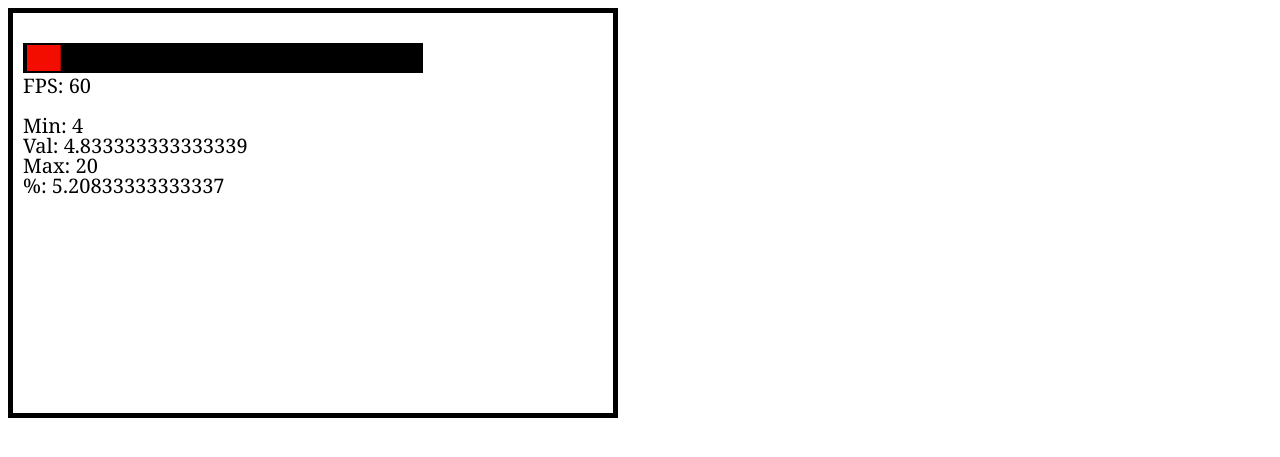
Repository: WebRTCGame/game-timer
Page: rangedvalue.html
The author's editor kept a record of every edit. The page is drawn from the files as they stood at one moment, then again after the next edit.
The browser window is 1280 px wide. The pictures show the whole page.

Above is the page before.

### rangedvalue.html
<!DOCTYPE html>
<html>

<head>
    <meta http-equiv="content-type" content="text/html; charset=UTF-8">
    <title>Game Timer Demo</title>

    <script type='text/javascript' src='./rangedvalue.js'></script>


    <style type='text/css'>
        #fun {
            border-style: solid;
            border-width: 5px;
        }
    </style>
</head>

<body>
    <canvas id="fun" height="400px" width="600px"></canvas>


    <script type="text/javascript">
        var c = document.getElementById("fun");
        c.width = 600;
        c.height = 400;

        var ctx = c.getContext("2d");
        ctx.imageSmoothingEnabled = false;
        ctx.font = "20px Georgia";
        ctx.fillStyle = 'rgba(0,0,0,1)';

        var tC = {
            lastframe: 0,
            fpstime: 0,
            framecount: 0,
            fps: 0
        };
        tC.updateFps = function(dt) {
            if (this.fpstime > 0.25) {
                this.fps = Math.round(this.framecount / this.fpstime);
                this.fpstime = 0;
                this.framecount = 0;
            }
            this.fpstime += dt;
            this.framecount++;
        };
        tC.getDT = function(tframe) {
            var dt = (tframe - this.lastframe) / 1000;
            this.lastframe = tframe;
            this.updateFps(dt);
            return dt;
        };
        window.onload = function() {
            var val = new range(3, 2, 10);
            /*
                        console.log("--------------");
                        console.log("----Test 1----");
                        console.log(JSON.stringify(val));
                        console.log("--------------");
                        console.log("----Test 2----");
                        val.percentage = 50;
                        console.log(JSON.stringify(val));
                        console.log("--------------");
                        console.log("----Test 3----");
                        val.addPercent(-10);
                        console.log(JSON.stringify(val));
                        val.max += 1;
                        val.addPercent(20).max += 1;
                        console.log(JSON.stringify(val));
                        console.log("--------------");
                        console.log("----Test 4----");
                        val.maxHitCallback = function() {
                            console.log("**************** max hit");
                        };
                        val.current += 10;
                        console.log(JSON.stringify(val));
                        val.current -= 20;
                        console.log(JSON.stringify(val));
                        console.log("--------------");
                        console.log("----Test 5----");
                        val.current = 5;
                        val.maxHitCallback = {};
                        val.maxHitCallback = [];
                        val.maxHitCallback = null;
                        val.maxHitCallback = "one";
                        val.maximize();
                        console.log(JSON.stringify(val));
                        val.shift(-4);
                        console.log(JSON.stringify(val));
                        console.log("--------------");
                        console.log("----Test 6----");
                        val.addPercent(200);
                        console.log(JSON.stringify(val));
                        val.addPercent(-300);
                        console.log(JSON.stringify(val));
            */
            val.setValues(6, 4, 20);
            val.percentage = 50;
            var countUp = true;
            val.minHitCallback = function() {
                countUp = !countUp;
            };
            val.maxHitCallback = function() {
                countUp = !countUp;
            };




            function update(tframe) {
                var dt = tC.getDT(tframe);


                if (countUp) {
                    val.current += 5 * dt;
                }
                else {
                    val.current -= 5 * dt;
                }
            }

            function animate(tframe) {

                requestAnimationFrame(animate);

                /*update logic*/
                update(tframe);

                /*render game*/
                render();

            }

            var toClear = true;

            function render() {
                toClear & ctx.clearRect(0, 0, c.width, c.height);


                ctx.save();


                ctx.save();
                ctx.fillRect(10, 30, 400, 30);

                ctx.fillStyle = 'rgba(' + (255 - val.getPercColor()) + ',' + val.getPercColor() + ',0,1)';

                ctx.fillRect(14, 32, val.copyPercent(14, 392), 26);


                ctx.restore();




                ctx.fillText("FPS: " + tC.fps, 10, 80);

                ctx.fillText("Min: " + val.min, 10, 120);
                ctx.fillText("Val: " + val.current, 10, 140);
                ctx.fillText("Max: " + val.max, 10, 160);
                ctx.fillText("%: " + val.percentage, 10, 180);
                ctx.restore();



                toClear = !toClear;
            };
            animate(0);
        };
    </script>

</body>


</html>

### rangedvalue.js
   const range = function range(icurrent, imin, imax, iminHitCallback, imaxHitCallback) {
       'use strict';
       let _minHitCallback,
           _maxHitCallback,
           _current,
           _min,
           _max;

       Object.defineProperties(this, {
           minHitCallback: {
               get: function() {
                   return _minHitCallback;
               },
               set: function(value) {
                   value !== _minHitCallback && ('function' === typeof value) && (_minHitCallback = value);
               },
               enumerable: true,
               configurable: false
           },
           maxHitCallback: {
               get: function() {
                   return _maxHitCallback;
               },
               set: function(value) {
                   value !== _maxHitCallback && ('function' === typeof value) && (_maxHitCallback = value);
               },
               enumerable: true,
               configurable: false
           },
           current: {
               get: function() {
                   return _current;
               },
               set: function(value) {
                   if (value !== _current && ('number' === typeof value)) {
                       _current = this.clamp(value, _min, _max);
                       _current === this.max && this.maxHitCallback();
                       _current === this.min && this.minHitCallback();
                   }
               },
               enumerable: true,
               configurable: false
           },
           min: {
               get: function() {
                   return _min;
               },
               set: function(value) {
                   if (value !== _min && ('number' === typeof value)) {
                       if (value >= this.max) {
                           value = this.max;
                           this.current = value;
                       }
                       if (value >= this.current) {
                           this.current = value;
                       }
                       _min = value;
                   }
               },
               enumerable: true,
               configurable: false
           },
           max: {
               get: function() {
                   return _max;
               },
               set: function(value) {
                   if (value !== _max && ('number' === typeof value)) {
                       if (value <= this.min) {
                           this.min = value;
                           this.current = value;
                       }
                       if (value <= this.current) {
                           this.current = value;
                       }
                       _max = value;
                   }
               },
               enumerable: true,
               configurable: false
           },
           percentage: {
               get: function() {
                   return ((this.current - this.min) / (this.max - this.min)) * 100;
               },
               set: function(value) {
                   if ('number' === typeof value) {
                       this.current = ((this.clamp(value, 0, 100) / 100) * (this.max - this.min)) + this.min;
                   }
               },
               enumerable: true,
               configurable: false
           }
       });
       Object.assign(this, {
           minHitCallback: arguments[3] || (function() {})
       }, {
           maxHitCallback: arguments[4] || (function() {})
       }, {
           max: arguments[2] || 0
       }, {
           min: arguments[1] || 0
       }, {
           current: arguments[0] || 0
       });

       return this;
   };
   range.prototype = {
       toArray: function() {
           return [this.current, this.min, this.max];
       },
       fromArray: function(arrayVal) {
           this.setValues(arrayVal[0], arrayVal[1], arrayVal[2]);
           return this;
       },
       /*test:function(){},*/
       setValues: function(icurrent, imin, imax) {
           this.max = imax;
           this.current = icurrent;
           this.min = imin;
           return this;
       },
       applyFnc: function(func) {
           ('function' === typeof func) && func(this);
           return this;
       },
       shift: function(value) {
           0 !== value && ('number' === typeof value) && (0 < value ? (this.max += value, this.current += value, this.min += value) : (this.min += value, this.current += value, this.max += value));
           return this;
       },
       /*Fix me*/
       shiftByPercent: function(value) {
           const num = ((this.clamp(value, 0, 100) / 100) * (this.max - this.min)) + this.min;
           this.max += num;
           this.current += num;
           this.min += num;
           return this;
       },
       rangeLength: function() {
           return this.max - this.min;
       },
       addPercent: function(value) {
           if (0 !== value && ('number' === typeof value)) {
               const perc = this.clamp(Math.abs(value), 0, 100);
               this.percentage = 0 < value ? this.percentage + perc : this.percentage - perc;
           }
           return this;
       },
       getUnboundPercent: function(value) {
           if ('number' === typeof value) {
               if (value === 0) {
                   return this.min;
               }
               return ((value / 100) * (this.max - this.min)) + this.min;
           }
       },
       addUnboundPercent: function(value) {
           this.current += this.getUnboundPercent(value);
           return this;
       },
       setMinMaintain: function(value) {
           const perc = this.percentage;
           this.min = value;
           this.percentage = perc;
           return this;
       },
       setMaxMaintain: function(value) {
           const perc = this.percentage;
           this.max = value;
           this.percentage = perc;
           return this;
       },
       maximize: function() {
           this.percentage = 100;
           return this;
       },
       minimize: function() {
           this.percentage = 0;
           return this;
       },
       clamp: function(x, a, b) {
           return Math.min(Math.max(x, a), b);
       },
       copyPercent: function(newMin, newMax) {
           return ((this.clamp(this.percentage, 0, 100) / 100) * (newMax - newMin)) + newMin;
       },
       getPercColor: function() {
           return ~~this.copyPercent(0, 255);
       }
   };


   class es6range {

       constructor(icurrent, imin, imax, iminHitCallback, imaxHitCallback) {
           this._minHitCallback = iminHitCallback;
           this._maxHitCallback = imaxHitCallback;
           this._current = icurrent;
           this._min = imin;
           this._max = imax;
       }

       get prop() {
           return 'getter';
       }
       set prop(value) {
           console.log('setter: ' + value + " " + this.something);
       }
   }

   let r = new range(1, 2, 3);
   r.prop = 5;

After the next edit:
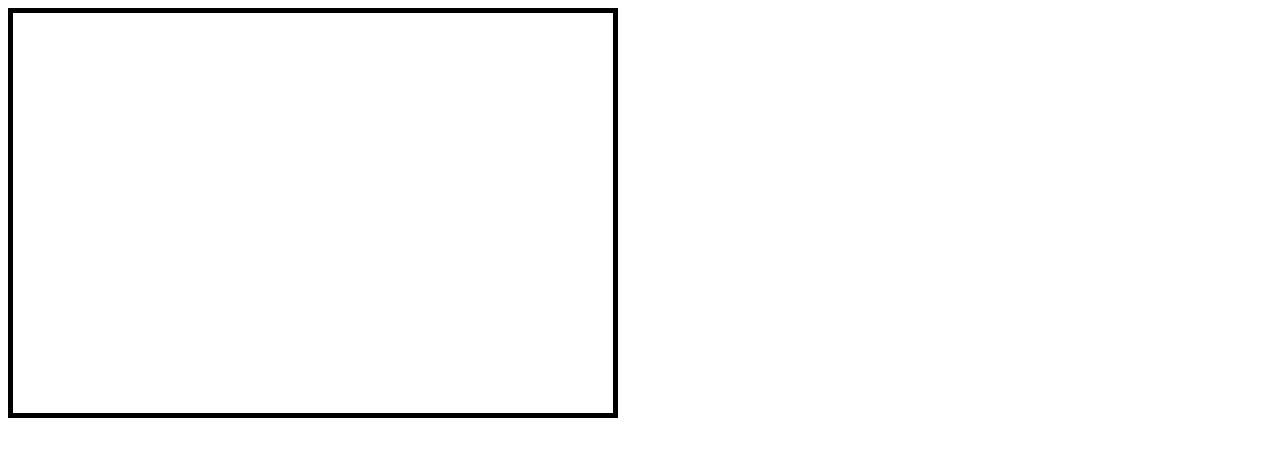
Console error: SyntaxError: Unexpected token ','
The edit:
--- a/rangedvalue.js
+++ b/rangedvalue.js
@@ -207,6 +207,13 @@
        set prop(value) {
            console.log('setter: ' + value + " " + this.something);
        }
+
+       get minHitCallback() {
+                   return _minHitCallback;
+               },
+               set: function(value) {
+                   value !== _minHitCallback && ('function' === typeof value) && (_minHitCallback = value);
+               }
    }
 
    let r = new range(1, 2, 3);

After the edit that followed:
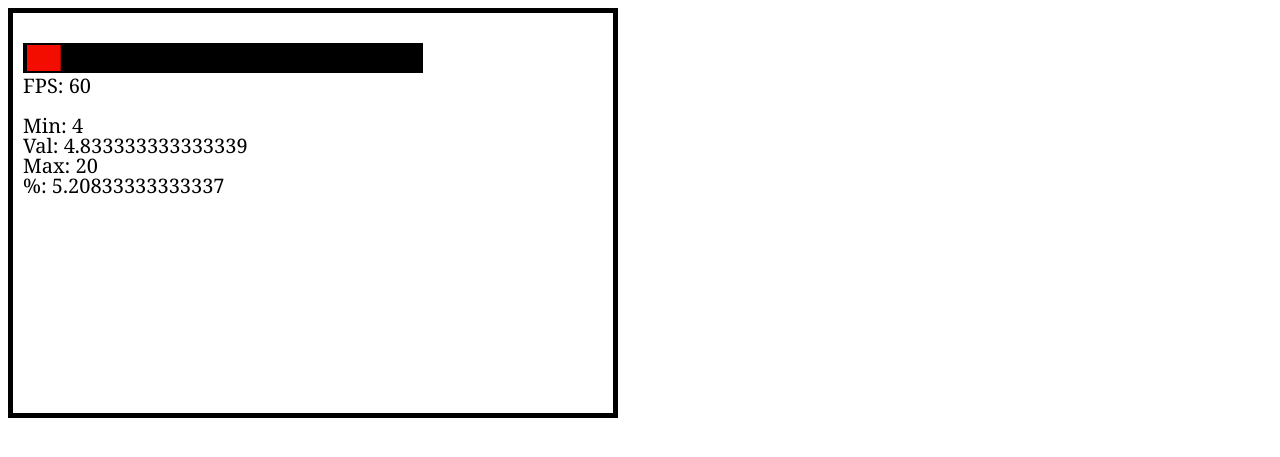
The error is gone.
The edit:
--- a/rangedvalue.js
+++ b/rangedvalue.js
@@ -209,11 +209,11 @@
        }
 
        get minHitCallback() {
-                   return _minHitCallback;
-               },
-               set: function(value) {
-                   value !== _minHitCallback && ('function' === typeof value) && (_minHitCallback = value);
-               }
+           return this._minHitCallback;
+       }
+       set minHitCallback(value) {
+           value !== _minHitCallback && ('function' === typeof value) && (_minHitCallback = value);
+       }
    }
 
    let r = new range(1, 2, 3);
